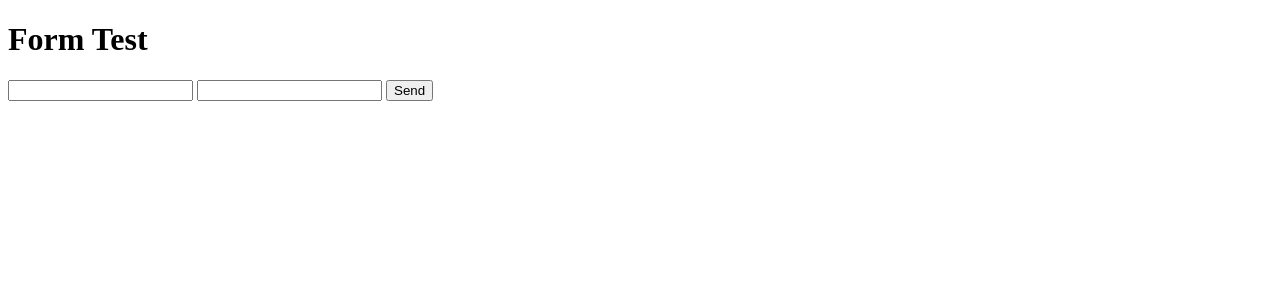
Repository: mclearc1/IMM-130-Files
Page: assignments_directory/assignments/form.html
The author's editor kept a record of every edit. The page is drawn from the files as they stood at one moment, then again after the next edit.
The browser window is 1280 px wide. The pictures show the whole page.

Above is the page before.

After the next edit:
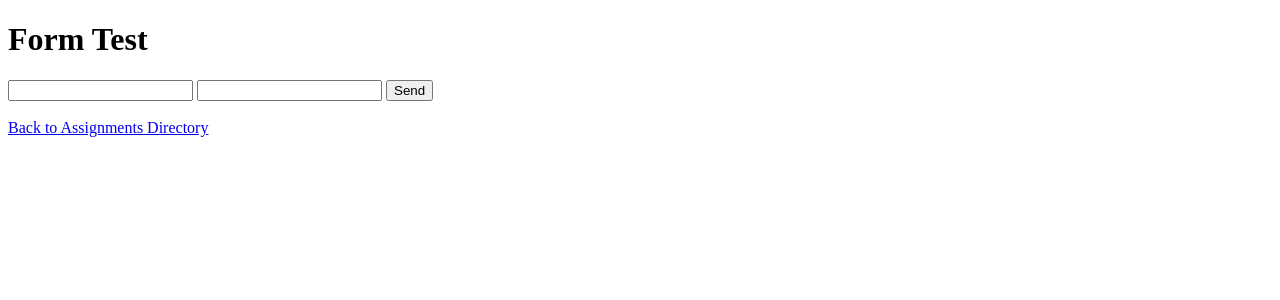
The edit:
--- a/assignments_directory/assignments/form.html
+++ b/assignments_directory/assignments/form.html
@@ -17,7 +17,8 @@
   <input type="text" name="name">
   <input type="email" name="_replyto">
   <input type="submit" value="Send">
-</form>
+</form><br>
+<a href="../assignments.html">Back to Assignments Directory</a>
 </body>
 
 </html>
